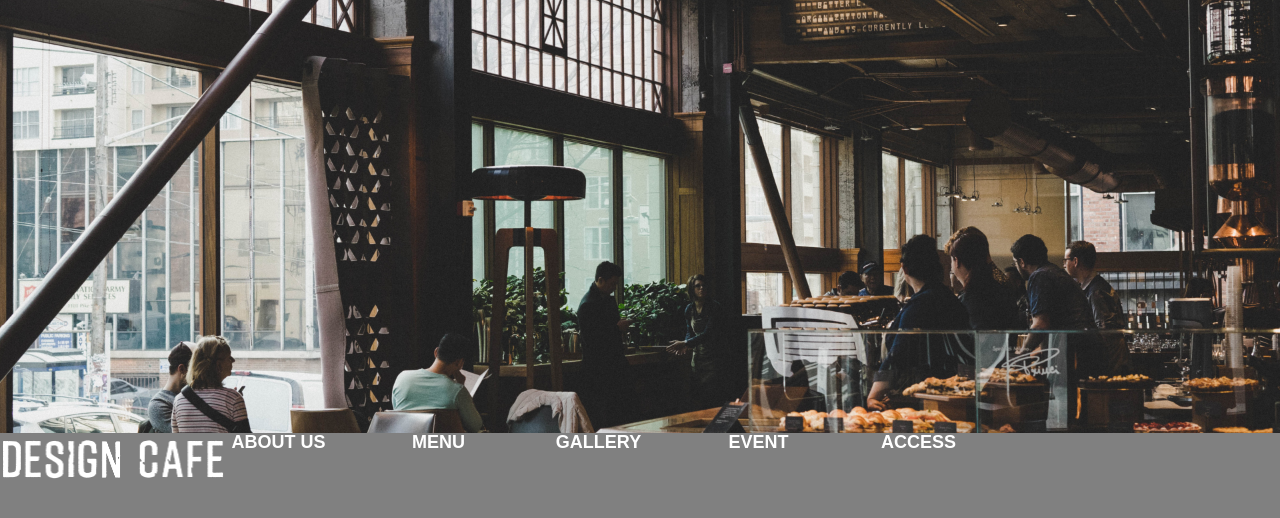
Repository: sonoyama01/dezasuta
Page: 第4回課題/index.html
The author's editor kept a copy of each file at every save. The page is drawn from the files as they stood at one save, then again after the next save.
The browser window is 1280 px wide. The pictures show the whole page.

Above is the page before, as saved 2024-05-01 23:42:05.

After the next save:
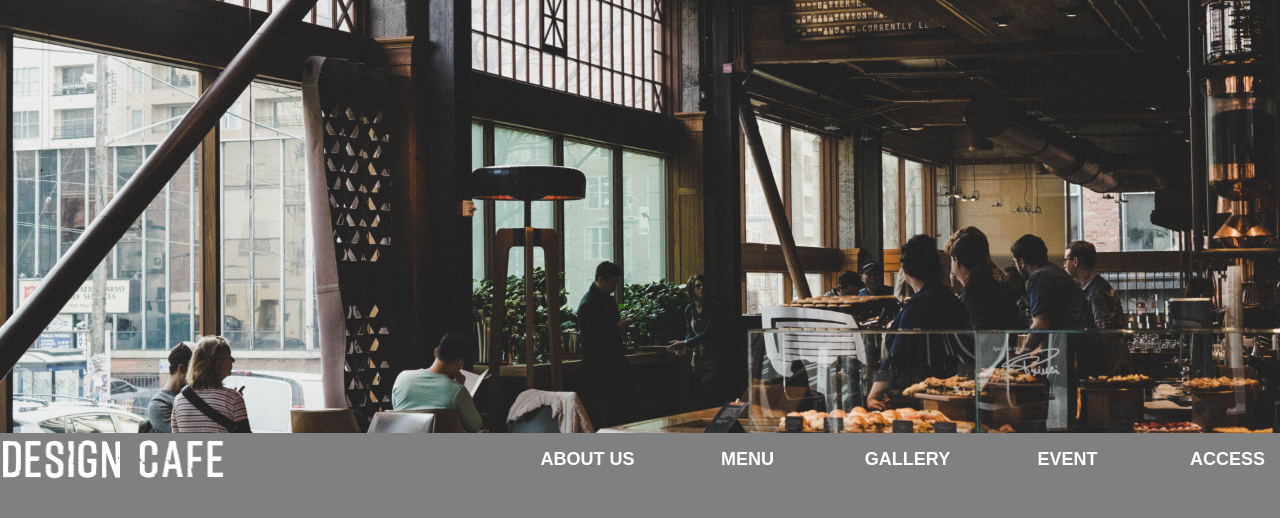
Saved 70 s later.
--- a/第4回課題/css/style.css
+++ b/第4回課題/css/style.css
@@ -69,4 +69,6 @@ body {
 
 .header_wap {
   display: flex;
+  justify-content: space-between;
+  align-items: center;
 }
